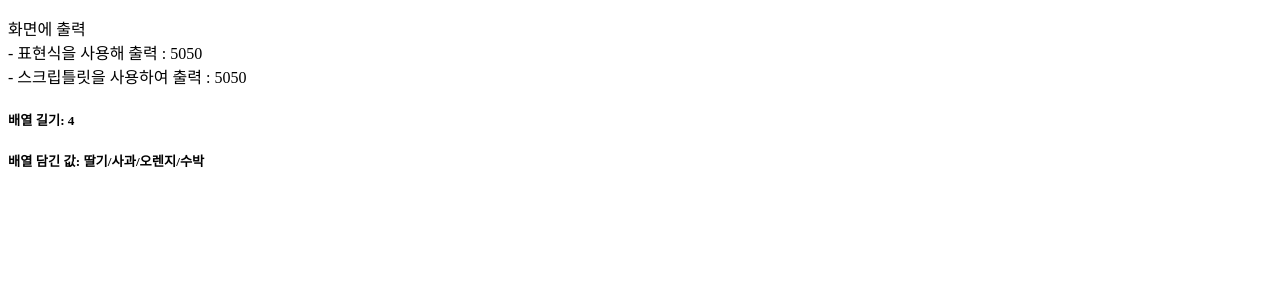
Repository: yoonseo0832/workspace
Page: http://localhost/2_jsp/views/1_Basic/2_scriptElement.jsp
The author's editor kept a copy of each file at every save. The page is drawn from the files as they stood at one save, then again after the next save.
The browser window is 1280 px wide. The pictures show the whole page.
The page is served by Tomcat 9. Other server files are loaded and not shown.

Above is the page before, as saved 2025-03-20 01:48:38.

### 05_server/2_jsp/src/main/webapp/views/1_Basic/2_scriptElement.jsp
<%@ page language="java" contentType="text/html; charset=UTF-8"
    pageEncoding="UTF-8"%>
<!DOCTYPE html>
<html>
<head>
<meta charset="UTF-8">
<title>2_scriptElement</title>
</head>
<body>
	<%
		/*
			스크립틀릿 : 해당 영역 내에서는 자바 코드 작성 가능
		*/
		int sum =0;

		for(int i =0; i<=100; i++){
			sum +=i;
		}
	%>
	<p>
		화면에 출력<br>
		- 표현식을 사용해 출력 : <%= sum %> <br>
		- 스크립틀릿을 사용하여 출력 : <% out.println(sum); %>
		<%-- out: JSP 내장 객체(PrintWriter 타입) --%>
	</p>
	<%
		String[] sArr = {"딸기", "사과", "오렌지", "수박"};
	%>
	<h5>배열 길기: <%= sArr.length %></h5>
	<h5>배열 담긴 값: <%= String.join("/", sArr) %></h5>
</body>
</html>

After the next save:
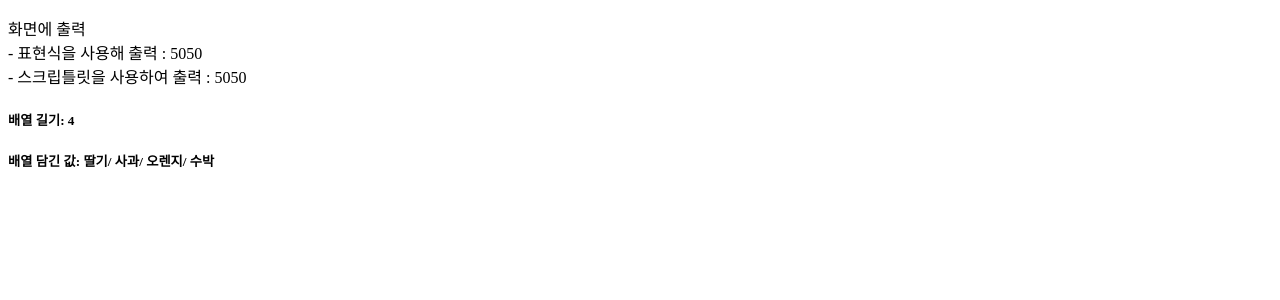
Saved 11 s later.
--- a/05_server/2_jsp/src/main/webapp/views/1_Basic/2_scriptElement.jsp
+++ b/05_server/2_jsp/src/main/webapp/views/1_Basic/2_scriptElement.jsp
@@ -27,6 +27,6 @@
 		String[] sArr = {"딸기", "사과", "오렌지", "수박"};
 	%>
 	<h5>배열 길기: <%= sArr.length %></h5>
-	<h5>배열 담긴 값: <%= String.join("/", sArr) %></h5>
+	<h5>배열 담긴 값: <%= String.join("/ ", sArr) %></h5>
 </body>
 </html>
